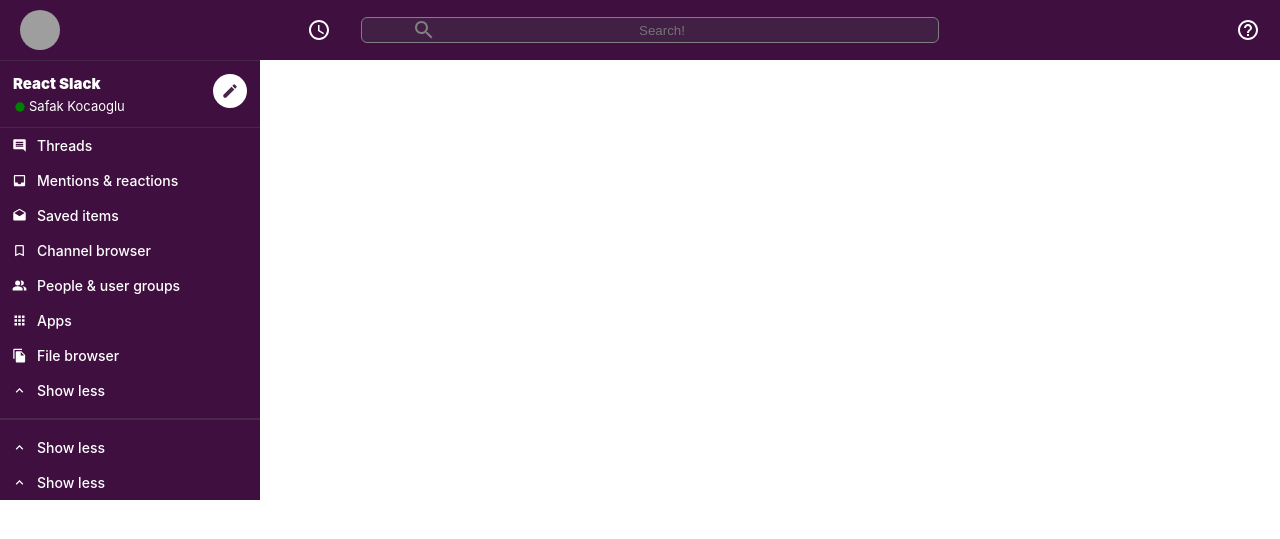
Repository: mminhaz93/React-Slack-Clone
Page: /
The author's editor kept a copy of each file at every save. The page is drawn from the files as they stood at one save, then again after the next save.
The browser window is 1280 px wide. The pictures show the whole page.
Pictures or frames that could not be fetched are drawn as grey boxes. The project was rebuilt for these pictures with package versions that can differ from the ones it lists, and the page was loaded fresh each time.

Above is the page before, as saved 2020-08-13 21:32:37.

After the next save:
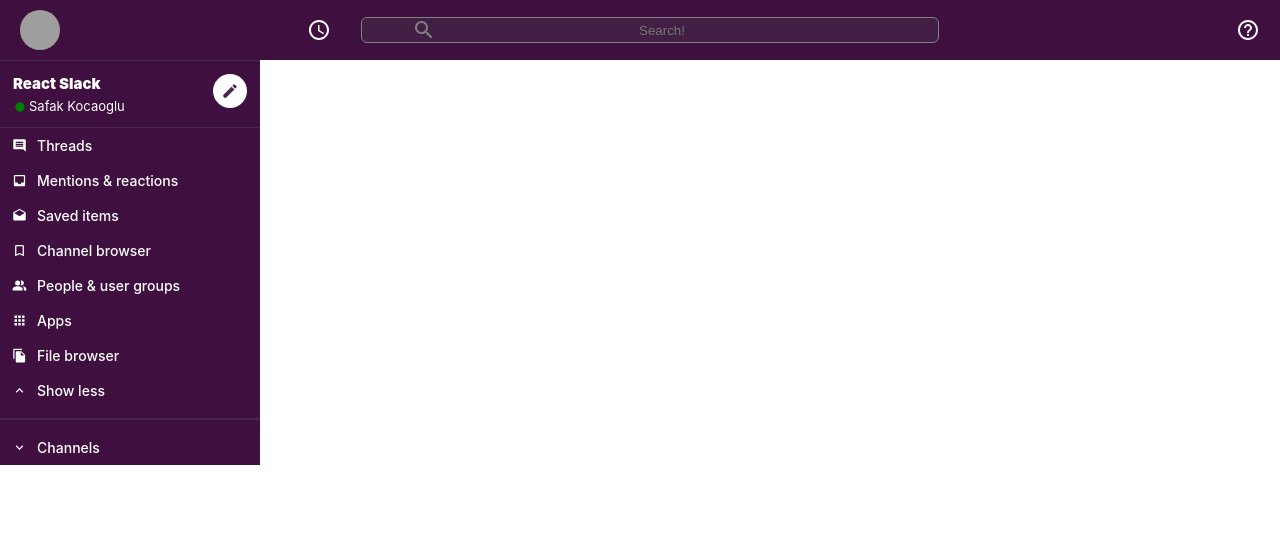
Saved 68 s later.
--- a/src/components/Sidebar.js
+++ b/src/components/Sidebar.js
@@ -11,6 +11,7 @@
   Apps,
   FileCopy,
   ExpandLess,
+  ExpandMore
 } from "@material-ui/icons";
 import SidebarOption from "./SidebarOption";
 
@@ -36,8 +37,7 @@
       <SidebarOption Icon={FileCopy} title="File browser" />
       <SidebarOption Icon={ExpandLess} title="Show less" />
       <hr></hr>
-      <SidebarOption Icon={ExpandLess} title="Show less" />
-      <SidebarOption Icon={ExpandLess} title="Show less" />
+      <SidebarOption Icon={ExpandMore} title="Channels" />
     </div>
   );
 };
